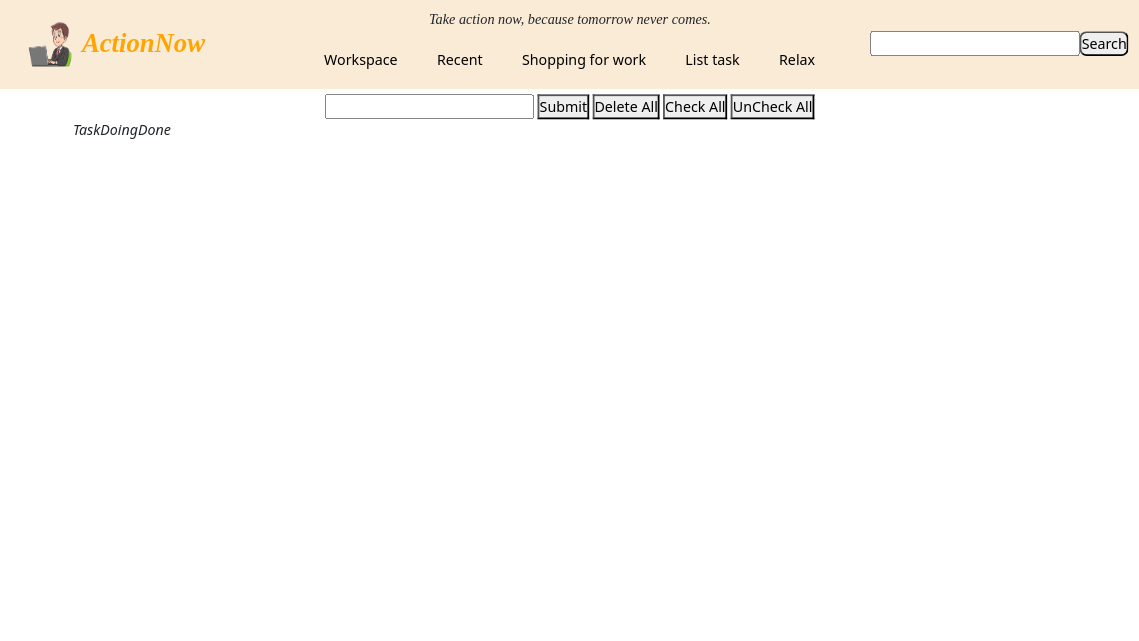
Repository: huavantinh/todo
Page: index.html
These files come from the project's save history. The page is drawn as it stood at one moment and after the next save; the edit follows.
The browser window is 1280 px wide. The pictures show the whole page, at 89% of full size.

Above is the page before, as saved 2023-04-07 09:53:16.

### index.html
<!DOCTYPE html>
<html lang="en">

<head>
  <meta charset="UTF-8" />
  <meta http-equiv="X-UA-Compatible" content="IE=edge" />
  <meta name="viewport" content="width=device-width, initial-scale=1.0" />
  <title>Document</title>
  <link rel="stylesheet" href="./css/style.css" />
  <link rel="stylesheet" href="https://cdn.jsdelivr.net/npm/bootstrap@5.2.3/dist/css/bootstrap.min.css"
    integrity="sha384-rbsA2VBKQhggwzxH7pPCaAqO46MgnOM80zW1RWuH61DGLwZJEdK2Kadq2F9CUG65" crossorigin="anonymous" />
</head>

<body>
  <nav class="nav-bar navbar navbar-default">
    <div class="container-fluid">
      <div class="brand">
        <!-- line1top -->
        <img src="./css/img/logo-brand.png" alt="Brand" />
        <i id="i1">ActionNow</i>
        <i id="i2">Take action now, because tomorrow never comes.</i>
        <!-- search  -->
        <div class="search-box">
          <input type="text" />
          <button>Search</button>
        </div>
      </div>
      <!-- menu  -->
      <div class="nav-menu">
        <div class="list-menu">
          <a href="">Workspace</a>
          <a href="">Recent</a>
          <a href="">Shopping for work</a>
          <a href="">List task</a>
          <a href="">Relax</a>
        </div>
      </div>
    </div>
  </nav>
  <div>

    <div class="container">
      <div class="add">
        <div class="box-add">
          <div class="d-inline-block position-relative">
            <input id="input-sub" type="text" />
            <span style="
                  color: #656966;
                  font-size: 10px;
                  position: absolute;
                  bottom: 0;
                  right: 0;
                " class="message" id="new-task-message">Please enter new task!</span>
          </div>

          <button id="button-submit" onclick="submit()">Submit</button>
          <button id="delete" onclick="deleteAll()">Delete All</button>
          <button id="checkall" onclick="checkAll(this)">Check All</button>
          <button id="uncheckall" onclick="unCheckAll(this)">
            UnCheck All
          </button>
        </div>
      </div>
      <div class="table">
        <div class="tasklist col-list">
          <i id="i1">Task</i>
          <div id="products .col-item"></div>
        </div>

        <div class="doinglist col-list">
          <i id="i2">Doing</i>
          <div id="idoing .col-item"></div>
        </div>

        <div class="donelist col-list">
          <i id="i3">Done</i>
          <div id="idoing col-item"></div>
        </div>

      </div>
    </div>
  </div>
  </div>

  <script src="https://code.jquery.com/jquery-3.6.4.min.js"
    integrity="sha256-oP6HI9z1XaZNBrJURtCoUT5SUnxFr8s3BzRl+cbzUq8=" crossorigin="anonymous"></script>
  <script type="text/javascript" src="https://cdn.jsdelivr.net/npm/bootstrap@5.2.3/dist/js/bootstrap.min.js"></script>
  <script src="./app.js"></script>
</body>

</html>

### css/style.css
/* resetcss */
*{
    padding: 0;
    margin: 0;
}

/* Nav */
.container-fluid{
    position: fixed;
    top: 0;
    left: 0;
    right: 0;
    z-index: 99999;
    background-color: antiquewhite;
}


.brand{
    position: relative;
    display: flex;
    width: 100%;
    height: 50px;
}
.nav-menu{
    display: flex;
    justify-content: center;
    width: 100%;
    height: 50px;
    border-radius: 10px;
}
.nav-menu .list-menu{
    position: absolute;
    justify-content: center;
    align-items: center;
    margin-top: 5px;
}
.nav-menu .list-menu a{
    color: black;
    text-decoration: none;
    font-family: inherit;
    font-weight: 450;
    margin: 0 20px;
}
.brand .search-box{
    justify-content: center;
    align-items: center;
    position: absolute;
    right: 0;
    top: 70%;
    display: flex;
    border: none;
    cursor: pointer;
}

.search-box button {
    border-radius: 8px;
}

.search-box button:hover {
    background-color:orange;;
    border-radius: 8px;
}
.brand img {
    position: relative;
    left: 20px;
    position: relative;
    top: 50%;
    width: 50px;
    height: 50px;
    border-color: orange;
}
.brand #i1{
    position: relative;
    left: 20px;
    top: 30%;
    margin: 10px;
    float: left;
    width: 390px;
    max-width: 400px;
    font-size: 30px;
    color: orange;
    font-family: cursive;
    font-weight: 700;
}

.brand #i2{
    justify-content: center;
    align-items: center;
    margin: 10px;
    width: 390px;
    max-width: 400px;
    font-family: cursive;
    font-weight: 500;
}

body{
    position: relative;
    padding-top: 90px;
}


/* content  */
.add  {
    display: flex;
}
.box-add{
    margin: auto ;
}

.message
{
    display: none;
}
.error-message {
    display: inline;;
}

.table {
    display: flex;
    width: 100%;
    position: relative;
}

.table .col-list {
    width: 100% / 3;
    /* align-items: center; */

}

.table .col-item {
    display: flex;
    float: left;
    width: calc(1116px / 3 - 5px );
    height: 1000px;
    justify-content: center;
    background-color: rgb(231, 227, 108);
    border-radius: 10px;
    margin-left: 7.5px;
}

.table .col-list i {
    display: block;
    /* width: 100%; */
    text-align: center;;
    /* align-items: center; */
}


.tasklist #products {
    float: left;
    border-radius: 10px;
    width: calc(1116px / 3 - 5px );
    justify-content: center;
    background-color: rgb(243, 98, 98);
    display: inline;
}

#products .product1 {
    position: relative;
    margin-left: 10px;
    border-bottom: 1px solid #636363 ;
    height: 30px;
    align-items: center;
    display: flex;
}
#products .product1 .taskname{
    position: absolute;
    text-overflow: clip;
    display: block;
    /* word-wrap: break-word; */
    width: 75%;
    top: 2px;
}

.checkbox {
    position: absolute;
    margin-right: 10px;
    color: aquamarine;
    right: 70px;
    top: 8px;
}
.product1 button {
    /* display: flex; */
    /* align-items: center; */
    border-radius: 10px;
    background-color: #d6d6d6;
    max-height: 90%;
    position: absolute;
    margin-left: 280px;
    /* float: right; */
}




/* #idoing{
    display: flex;
    float: left;
    width: calc(1116px / 3 - 5px );
    height: 1000px;
    justify-content: center;
    background-color: rgb(231, 227, 108);
    border-radius: 10px;
    margin-left: 7.5px;

} */

#idoing i{
    width: 30%;
    height: 100%;
}


/* #done{
    display: flex;
    justify-content: center;
    float:right;
    width: calc(1116px / 3 - 5px );

    height: 1000px;
    border-radius: 10px;

    background-color: rgb(105, 252, 107);

} */

### app.js
let todos =
  localStorage && localStorage.getItem("todolist")
    ? JSON.parse(localStorage.getItem("todolist"))
    : [];

function submit() {
  let textBox = document.getElementById("input-sub");
  let content = textBox.value;
  let randId = Math.random(); // 0.1235
  document.getElementById("new-task-message").classList.add("error-message");
  if (content == "") {
    onkeydown = function () {
      document
        .getElementById("new-task-message")
        .classList.remove("error-message");
    };
    return;
  } else {
    addContent(content, randId);

    textBox.value = "";

    //f5 =>
    todos.push(content);
    setstorages()
  }
}

function setstorages() {
  localStorage && localStorage.setItem("todolist", JSON.stringify(todos));
}

function addContent(content, randId) {
  document.getElementById("new-task-message").classList.remove("error-message");

  $("#products").append(
    '<div style="color: black" class="product1" id="row' + randId + '">' +
      '<div class="taskname">' + content + '</div>' +
      '<div class="checkbox-item"><input id="' +
      '"  class="checkbox" type="checkbox"  onclick="checkItem(event)"/></div> <button class"delete-item" onclick="deleteItem(event)">Delete</button>' +
      "</div>"
  );
}

function deleteAll() {
  var products = document.getElementById("products");
  products.innerHTML = "";
}

function checkAll() {
  var checkboxes = document.getElementsByClassName("checkbox");
  for (var checkbox of checkboxes) {
    checkbox.checked = true;
    checkbox.closest("div").parentNode.style.color = "red";
  }
}

function unCheckAll() {
  var checkboxes = document.getElementsByClassName("checkbox");
  for (var checkbox of checkboxes) {
    checkbox.checked = false;
    checkbox.closest("div").parentNode.style.color = "orange";
  }
}
var textBox2 = document.getElementById("input-sub");
textBox2.addEventListener("keyup", function (event) {
  if (event.keyCode === 13) {
    submit();
  }
});

function deleteItem(event) {
  var products = document.getElementById("products");
  var arraypro= document.getElementsByClassName("product1");
  var div = event.currentTarget.parentNode;
  console.log(div)
  // debugger;
  // console.log(idiv);
  let index1 = Array.prototype.indexOf.call(arraypro, div );
  // let index = todos.indexOf(tex)
  let index2 = Array.prototype.indexOf.call(todos, index1);
  // console.log(index);
  console.log(index2);

  todos.splice(index2,1);
  products.removeChild(div);
  setstorages()
}


function checkItem(event) {
  var currenti = event.currentTarget;
  var color = currenti.checked ? "red" : "orange";
  var bgcolor = currenti.checked ? "blue" : "";
  currenti.closest("div").parentNode.style.color = color;
  currenti.closest("div").parentNode.style.backgroundColor = bgcolor;
}

document.addEventListener("DOMContentLoaded", function () {
  if (Array.isArray && todos.length > 0) {
    todos.forEach(function printlocal(content, index) {
      addContent(content, index);
    });
  }
});

After the next save:
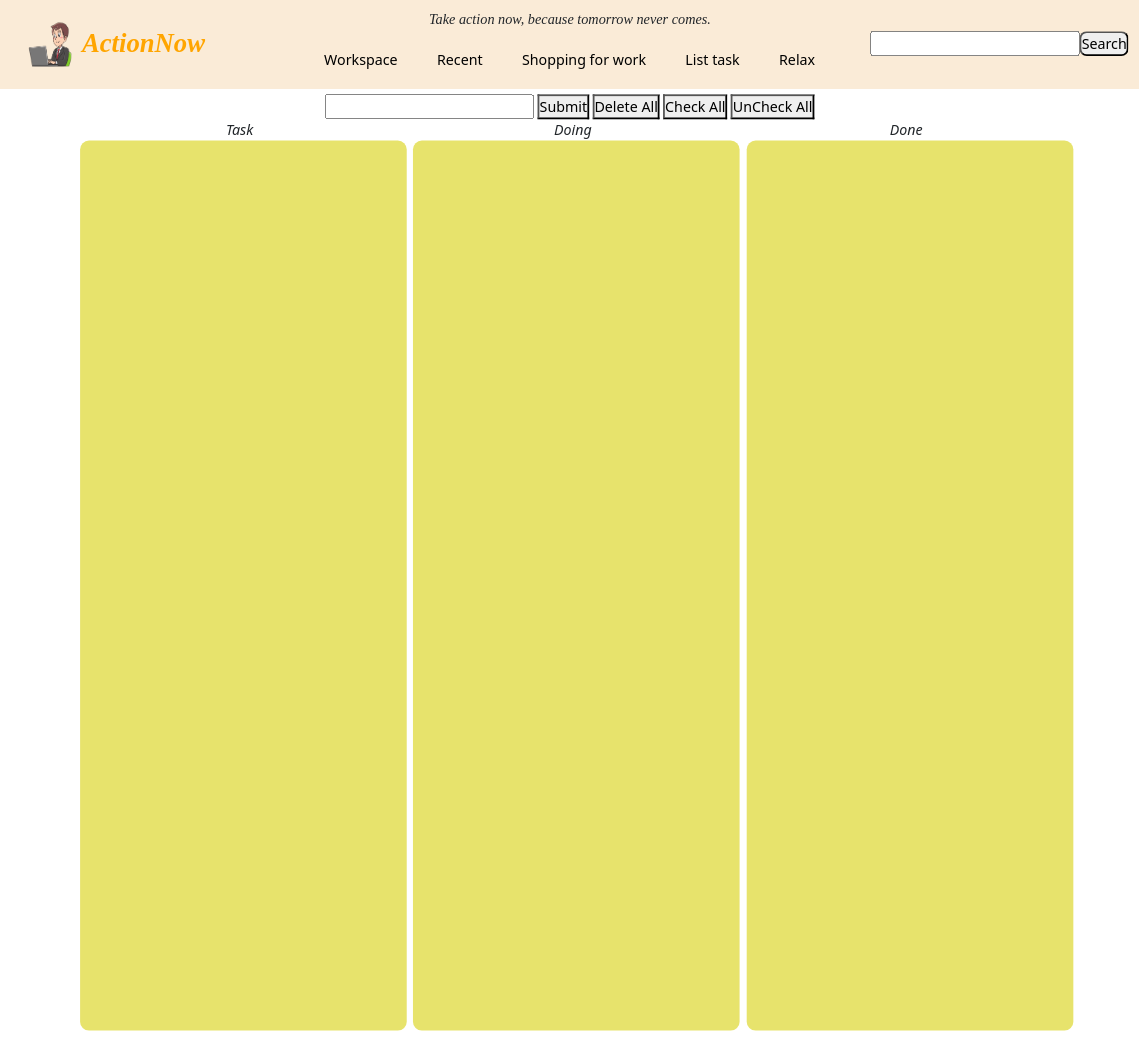
Saved 39 s later.
--- a/index.html
+++ b/index.html
@@ -64,17 +64,17 @@
       <div class="table">
         <div class="tasklist col-list">
           <i id="i1">Task</i>
-          <div id="products .col-item"></div>
+          <div id="products  " class="col-item"></div>
         </div>
 
         <div class="doinglist col-list">
           <i id="i2">Doing</i>
-          <div id="idoing .col-item"></div>
+          <div id="idoing  " class="col-item"></div>
         </div>
 
         <div class="donelist col-list">
           <i id="i3">Done</i>
-          <div id="idoing col-item"></div>
+          <div id="idoing " class="col-item"></div>
         </div>
 
       </div>
